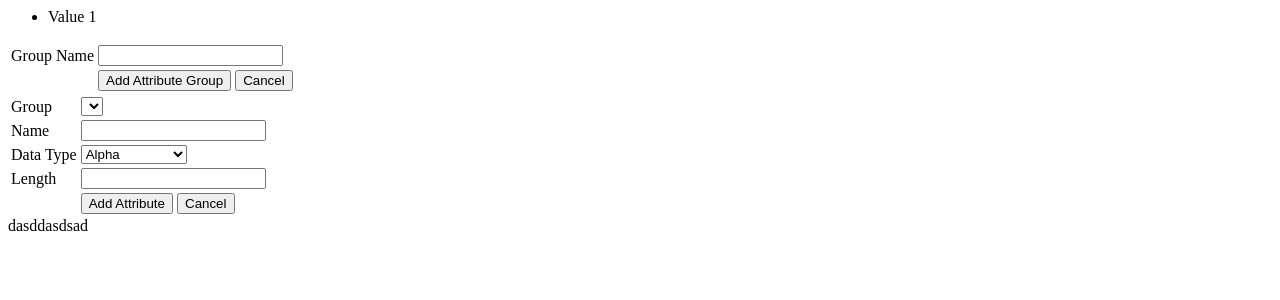
Repository: joliest/MyGits
Page: http://localhost/MiniTracker/Attribute.jsp
The author's editor kept a copy of each file at every save. The page is drawn from the files as they stood at one save, then again after the next save.
The browser window is 1280 px wide. The pictures show the whole page.
Some web libraries are served in a nearby version. The page is served by Tomcat 9. Other server files are loaded and not shown.

Above is the page before, as saved 2017-10-12 12:50:49.

### Java/Project_JIRA/MiniTracker/WebContent/Attribute.jsp
<%@ page language="java" contentType="text/html; charset=ISO-8859-1"
    pageEncoding="ISO-8859-1"%>
<html>
	<head>
		<title>Attribute Page</title>
		<script src="https://ajax.googleapis.com/ajax/libs/jquery/3.2.1/jquery.min.js"></script>
		<script src="js/Attribute.js"></script>
	</head>
	<body>
		<div id="AttributeListBox">
			<ul id="RoleList">
				<li>Value 1</li>
			</ul>

		</div>

		<div id="AttributeGroupTextFieldBox">
			<table>
				<tr>
					<td>Group Name</td>
					<td><input type="text" id="attribGroupName"></td>
				</tr>
				<tr>
					<td></td>
					<td><button type="button" id="addAttributeGroup">Add Attribute Group</button>
						<button type="button" id="cancel">Cancel</button></td>
				</tr>
			</table>
		</div>

		<div id="AttributeTextFieldBox">
			<table>
				<tr>
					<td>Group</td>
					<td>
						<select id="selectAttributeGroup"></select>
					</td>
				</tr>
				<tr>
					<td>Name</td>
					<td><input type="text" id="attribName"></td>
				</tr>
				<tr>
					<td>Data Type</td>
					<td>
						<select id="attribDataType">
							<option>Alpha</option>
							<option>AlphaNumeric</option>
							<option>Numeric</option>
							<option>Date</option>
							<option>Selection</option>
						</select>
					</td>
				</tr>
				<tr>
					<td>Length</td>
					<td><input type="text" id="attribLength"></td>
				</tr>
				<tr>
					<td></td>
					<td><button type="button" id="addAttribute">Add Attribute</button>
						<input type="button" value="Cancel">
					</td>
				</tr>
			</table>
		</div>

		${param.test}

		dasddasdsad
	</body>
</html>

### Java/Project_JIRA/MiniTracker/WebContent/js/Attribute.js

/*
 	Add validation that detects blank values
 */

$(document).ready(function(){

	$.post("/MiniTracker/Attribute.do",
			{category : ""},
			function(data, status) {
				$("#selectAttributeGroup").html(data);
			})


	$("#addAttribute").click(function(){
		$.post("/MiniTracker/Attribute.do",
				{
					category : "addAttribute",
					groupName : $("#attribGroup").val(),
					groupId : $("option:selected").attr("attributeid"),
					name : $("#attribName").val(),
					dataType : $("#attribDataType").val(),
					length : $("#attribLength").val()
				},
				function(data, status) {
					alert(data);
				})
	})

	$("#addAttributeGroup").click(function(){
		$.post("/MiniTracker/Attribute.do",
				{
					category : "addAttributeGroup",
					name : $("#attribGroupName").val()
				},
				function(data, status) {
					alert(data);
				})
	})

})


/*
function addAttribute(value) {
	var buttonType = value;

	var xhttp = new XMLHttpRequest();

	xhttp.onreadystatechange = function() {
		if(this.readyState == 4 && this.status == 200) {
			alert("Ok");
		}
	};

	xhttp.open("POST", "MiniTracker/");
	xhttp.send();
}

*/

### Java/Project_JIRA/MiniTracker/src/com/tracker/Attribute/web/AttributeServlet.java
package com.tracker.Attribute.web;

import javax.servlet.http.*;

import com.tracker.Module;
import com.tracker.Attribute.model.Attribute;
import com.tracker.Attribute.model.AttributeGroup;
import com.tracker.DatabaseHelper.*;

import javax.servlet.*;

import java.io.IOException;
import java.io.PrintWriter;
import java.util.*;

public class AttributeServlet extends HttpServlet{

	public void doPost(HttpServletRequest request, HttpServletResponse response) throws ServletException, IOException {
		//doGet(request, response);
		response.setContentType("text/html");
		PrintWriter out = response.getWriter();

		String category = request.getParameter("category");
		String alert = "";

		DatabaseManager managerTask = new AttributeDatabaseManager(request);
		AttributeDatabaseManager attributeManagerTask = (AttributeDatabaseManager) managerTask;

		if(category.equals("addAttribute")) {

			Attribute attributeAdder = new Attribute(request);
			DatabaseManager addAttributeManager = new AttributeDatabaseManager(attributeAdder);
			addAttributeManager.add();

			alert +=  attributeAdder.getName() + " is added.";

		} else if(category.equals("loadAttributesPanel")) {
			HashMap<Integer, String> attributeGroups = managerTask.listGroups();
			HashMap<Integer, String> attributes;

			for(Map.Entry<Integer, String> groupEntry : attributeGroups.entrySet()) {

				String groupId = groupEntry.getKey().toString();
				String groupName = groupEntry.getValue().toString();

				int attributeGroupId = groupEntry.getKey();
				attributes = managerTask.getMembersByGroupId(attributeGroupId);

				//generates <li groupId="100">GroupName</li>
				//alert += "<li groupId=\"" + groupId + "\">";
				alert += "<li>";
				alert +=  "<b groupId=\"" + groupId + "\" id=\"attributeGroupListRow\">" + groupName + "</b>";
				alert += "<ul>";
				for(Map.Entry<Integer, String> entry : attributes.entrySet()) {
					String id = entry.getKey().toString();
					String attributeName = entry.getValue().toString();

					//generates <li attributeId="1001">AttributeName</li>
					alert += "<li id=\"attributeListRow\" attributeId=\"" + id + "\">";
					alert += attributeName;
					alert += "</li>";
				}
				alert += "</ul>";
				alert += "</li>";
			}

		} else if(category.equals("getAttributeGroup")) {
			int attributeId = getAttributeId(request);
			alert += attributeManagerTask.getAttributeGroupById(attributeId);

		} else if(category.equals("getAttributeName")) {
			int attributeId = getAttributeId(request);
			alert += attributeManagerTask.getAttributeNameById(attributeId);

		} else if(category.equals("getDataType")) {
			int attributeId = getAttributeId(request);
			alert += attributeManagerTask.getAttributeDataTypeById(attributeId);

		} else if(category.equals("getLength")) {
			int attributeId = getAttributeId(request);
			alert += attributeManagerTask.getAttributeLengthById(attributeId);

		} else if(category.equals("deleteAttribute")) {
			int attributeId = getAttributeId(request);
			alert += managerTask.remove(attributeId);

		}else {

		}
		out.print(alert);
	}

	private int getAttributeId(HttpServletRequest request) {
		String attributeIdValue = request.getParameter("attributeId");
		int attributeId = Integer.parseInt(attributeIdValue);
		return attributeId;
	}
}

After the next save:
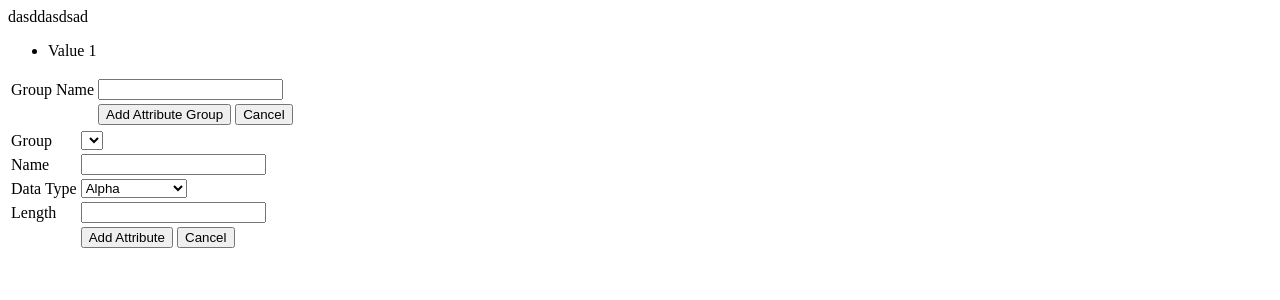
Saved 11 s later.
--- a/Java/Project_JIRA/MiniTracker/WebContent/Attribute.jsp
+++ b/Java/Project_JIRA/MiniTracker/WebContent/Attribute.jsp
@@ -7,6 +7,9 @@
 		<script src="js/Attribute.js"></script>
 	</head>
 	<body>
+	${param.test}
+
+		dasddasdsad
 		<div id="AttributeListBox">
 			<ul id="RoleList">
 				<li>Value 1</li>
@@ -65,8 +68,6 @@
 			</table>
 		</div>
 
-		${param.test}
 
-		dasddasdsad
 	</body>
 </html>
